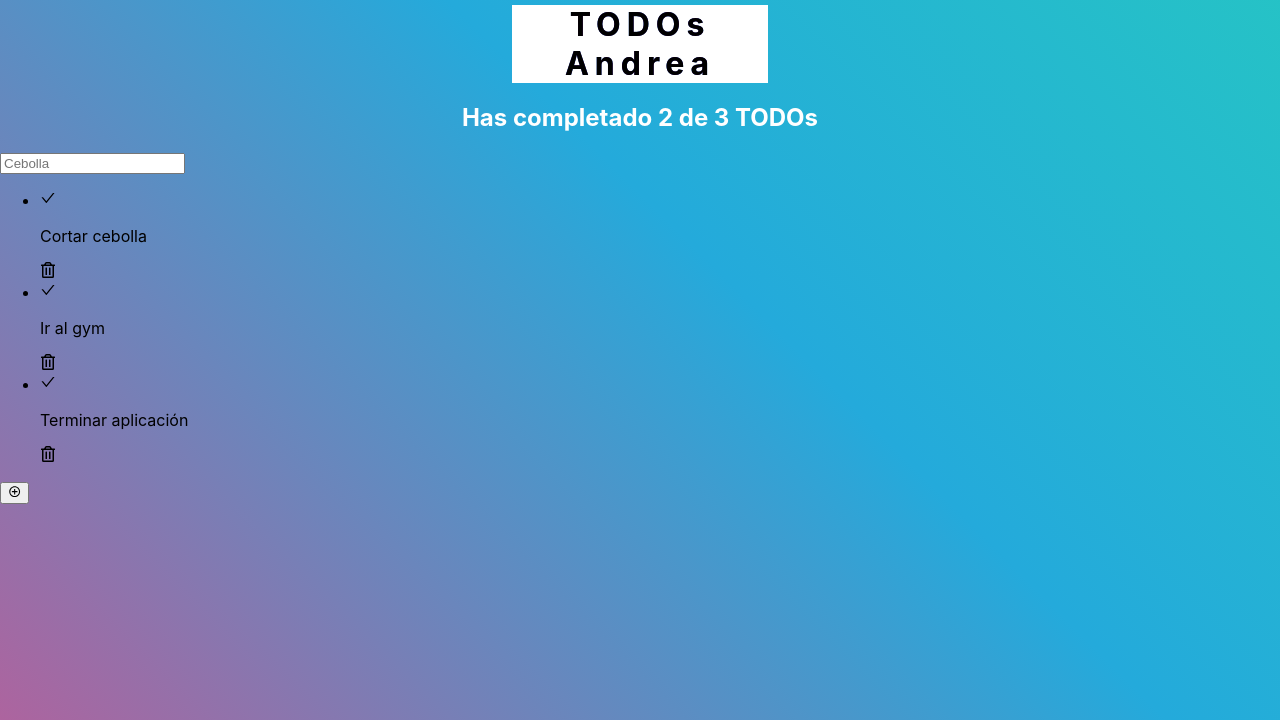
Repository: Pandrea-hub/TODOs
Page: /
These files come from the project's save history. The page is drawn as it stood at one moment and after the next save; the edit follows.
The browser window is 1280 px wide. The pictures show the whole page.
The project was rebuilt for these pictures with package versions that can differ from the ones it lists, and the page was loaded fresh each time. Also part of the build but not shown: src/TodoItem.css.

Above is the page before, as saved 2022-06-07 09:17:04.

### src/index.js
import React from 'react';
import ReactDOM from 'react-dom/client';
import './index.css';
import App from './App';


const root = ReactDOM.createRoot(document.getElementById('root'));
root.render(
  <App/>
);

### src/index.css
body {
  margin: 0;
  font-family: -apple-system, BlinkMacSystemFont, 'Segoe UI', 'Roboto', 'Oxygen',
    'Ubuntu', 'Cantarell', 'Fira Sans', 'Droid Sans', 'Helvetica Neue',
    sans-serif;
  -webkit-font-smoothing: antialiased;
  -moz-osx-font-smoothing: grayscale;
}

code {
  font-family: source-code-pro, Menlo, Monaco, Consolas, 'Courier New',
    monospace;
}

#root{
  width: 100%;
  height: 100%;
  position: absolute;
  background: linear-gradient(45deg,#F17C58, #E94584, #24AADB , #27DBB1,#FFDC18, #FF3706);
  background-size: 600% 100%;
  animation: gradient 16s linear infinite;
  animation-direction: alternate;
}

@keyframes gradient {
  0% {background-position: 0%}
  100% {background-position: 100%}
}

### src/App.js
//import './App.css';
import React from 'react';
import { TodoCounter } from './TodoCounter';
import { TodoItem } from './TodoItem';
import { CreateTodoButton } from './CreateTodoButton';
import { TodoList } from './TodoList';
import { TodoSearch } from './TodoSearch';


const todos = [
  {text: 'Cortar cebolla',completed: false},
  {text: 'Ir al gym',completed: false},
  {text: 'Terminar aplicación',completed: false},
]


function App() {
  return (
    <React.Fragment>
      <TodoCounter />
      <TodoSearch />


      <TodoList>
        {todos.map(todo =>(
          <TodoItem key={todo.text} text={todo.text} completed={todo.completed}/>
        ))}
      </TodoList>
      <CreateTodoButton />
    </React.Fragment>

  );
}

export default App;

### src/TodoCounter.js
import React from 'react';
import './TodoCounter.css';

function TodoCounter(){
    return (
        <div className='title'>
            <h1>TODOs Andrea</h1>
            <h2 className='TodoCounter'>Has completado 2 de 3 TODOs</h2>
        </div>
    );
}

export { TodoCounter };

### src/TodoItem.js
import React from 'react';
import './TodoItem.css';
import {AiOutlineCheck} from 'react-icons/ai';
import {FaRegTrashAlt} from 'react-icons/fa';

function TodoItem(props){
    return (
        <li className='TodoItem'>
            <span className={`Icon Icon-check ${props.completed && 'Icon-check--activate' }`}>
                <AiOutlineCheck />
            </span>
            <p className={`TodoItem-p ${props.completed && 'TodoItem-p--complete'}`}>
                {props.text}
            </p>
            <span className='Icon Icon-delete'>
               <FaRegTrashAlt />
            </span>
        </li>
    );

}

export {TodoItem};

### src/CreateTodoButton.js
import React from 'react';
import {IoMdAddCircleOutline} from 'react-icons/io';

function CreateTodoButton(props){
    return(
        <button>
            <IoMdAddCircleOutline />
        </button>
    );
}

export {CreateTodoButton};

### src/TodoList.js
import React from "react";


function TodoList(props){
    return(
        <section>
            <ul>
                {props.children}
            </ul>
        </section>

    );
}


export {TodoList};

### src/TodoSearch.js
import React from 'react';


function TodoSearch(){
    return(
        <input placeholder="Cebolla" />
    );
}

export { TodoSearch};

### src/TodoCounter.css
.title{
    text-align: center;
    color:white;
}

.title h1{
    color:black;
    background-color:white;
    width: 20%;
    margin: 5px auto;
    letter-spacing: 6px;
    text-shadow: purple 0 0, cyan 0 0;
    transition: text-shadow 200ms;
}

Loaded but not shown: public/index.html (common file)

After the next save:
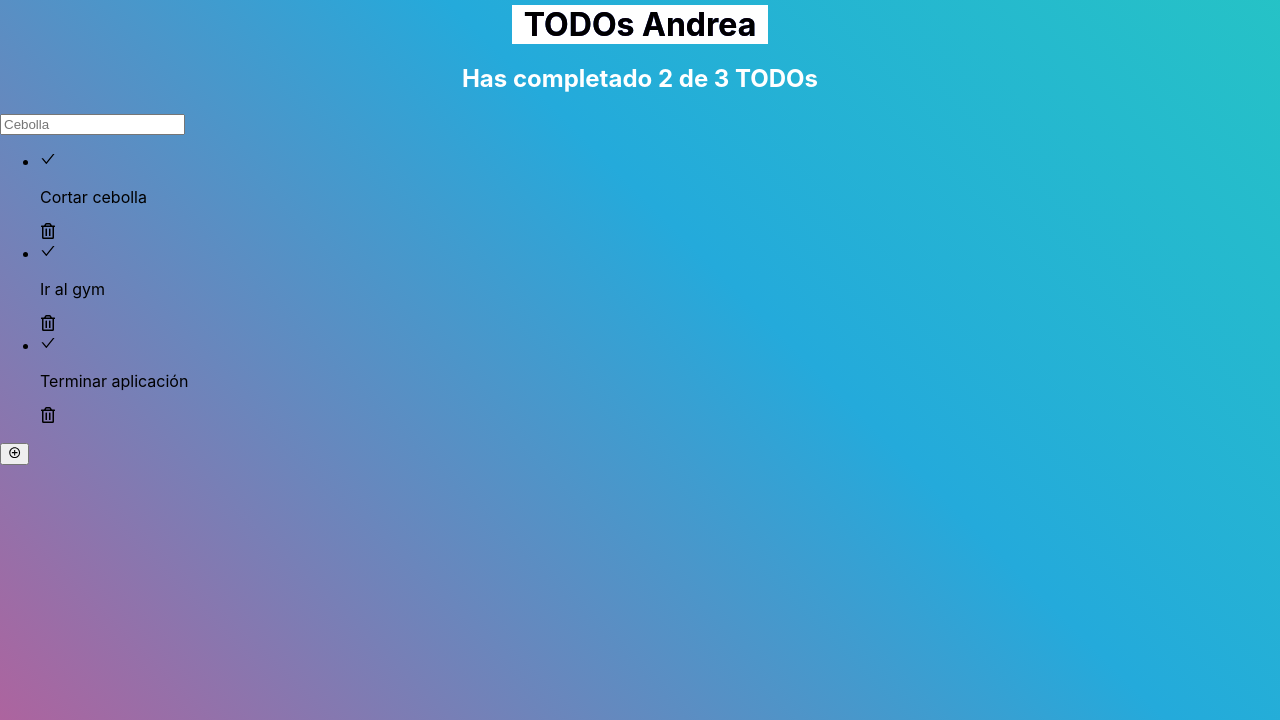
Saved 4 s later.
--- a/src/TodoCounter.css
+++ b/src/TodoCounter.css
@@ -8,7 +8,6 @@
     background-color:white;
     width: 20%;
     margin: 5px auto;
-    letter-spacing: 6px;
     text-shadow: purple 0 0, cyan 0 0;
     transition: text-shadow 200ms;
 }
